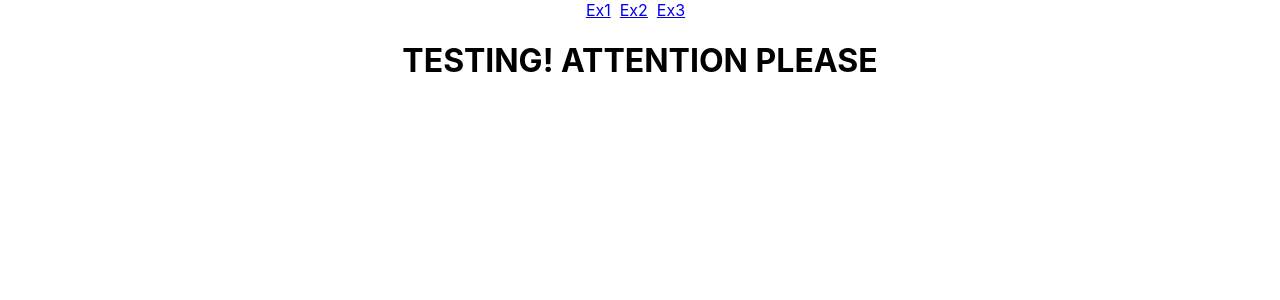
Repository: MukHansen/ReactUge
Page: / (app in monday_exercises/)
These files come from the project's save history. The page is drawn as it stood at one moment and after the next save; the edit follows.
The browser window is 1280 px wide. The pictures show the whole page.
The project was rebuilt for these pictures with package versions that can differ from the ones it lists, and the page was loaded fresh each time. Also part of the build but not shown: monday_exercises/src/App2.js, monday_exercises/src/App3.js.

Above is the page before, as saved 2019-10-28 14:57:00.

After the next save:
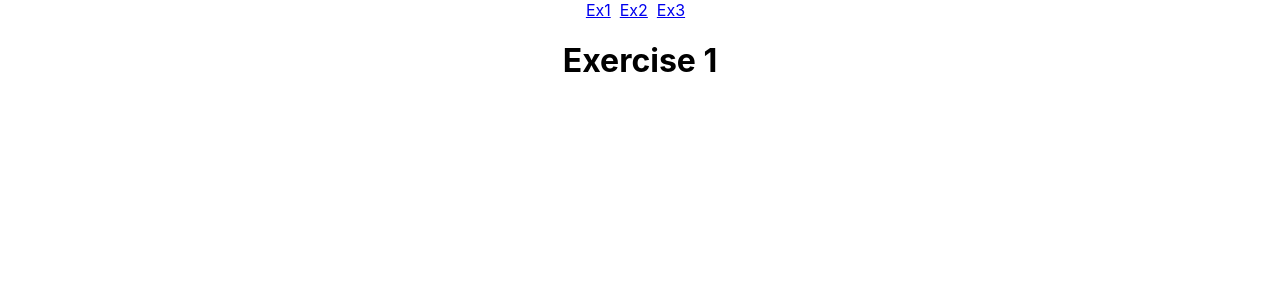
Saved 15 s later.
--- a/monday_exercises/src/App.js
+++ b/monday_exercises/src/App.js
@@ -4,7 +4,7 @@ import "./App.css";
 function App() {
   return (
     <div className="App">
-      <h1>TESTING! ATTENTION PLEASE</h1>
+      <h1>Exercise 1</h1>
     </div>
   );
 }
